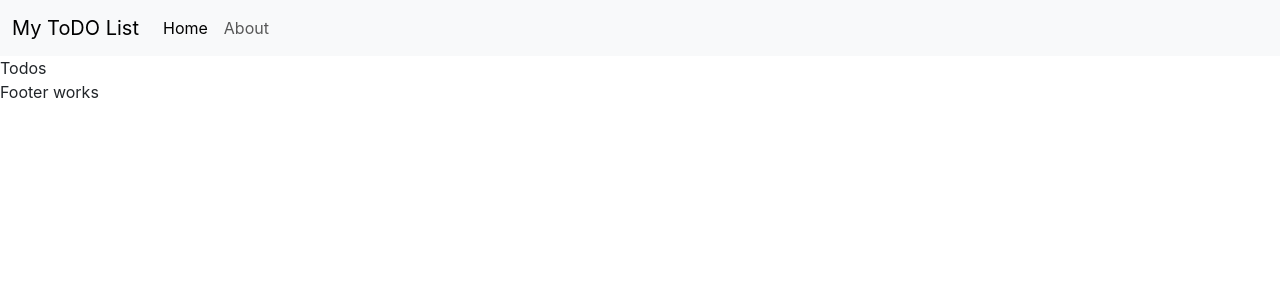
Repository: AshwinUgale/ToDoList
Page: /
These files come from the project's save history. The page is drawn as it stood at one moment and after the next save; the edit follows.
The browser window is 1280 px wide. The pictures show the whole page.
The project was rebuilt for these pictures with package versions that can differ from the ones it lists, and the page was loaded fresh each time. Also part of the build but not shown: src/App.css.

Above is the page before, as saved 2024-12-20 21:36:12.

After the next save:
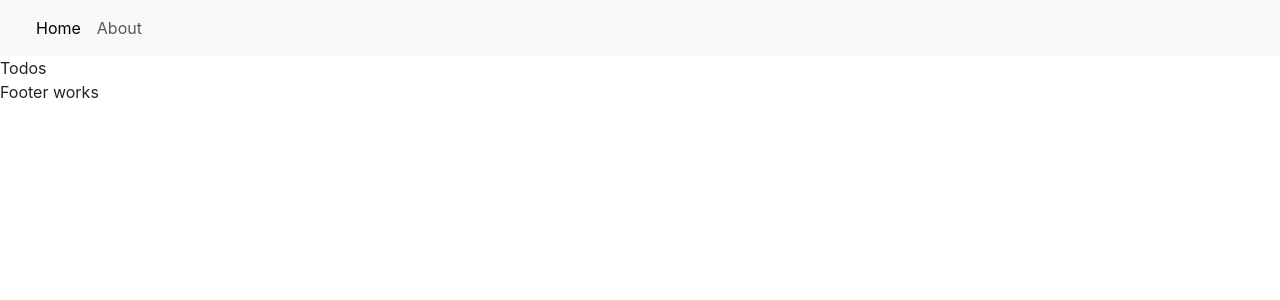
Saved 13 s later.
--- a/src/App.js
+++ b/src/App.js
@@ -7,7 +7,7 @@
 function App() {
   return (
     <>
-    <Header title="My ToDO List" SearchBar={false}/>
+    <Header  SearchBar={false}/>
     <Todos/>
     <Footer/>
     </>

After the 2 saves that followed:
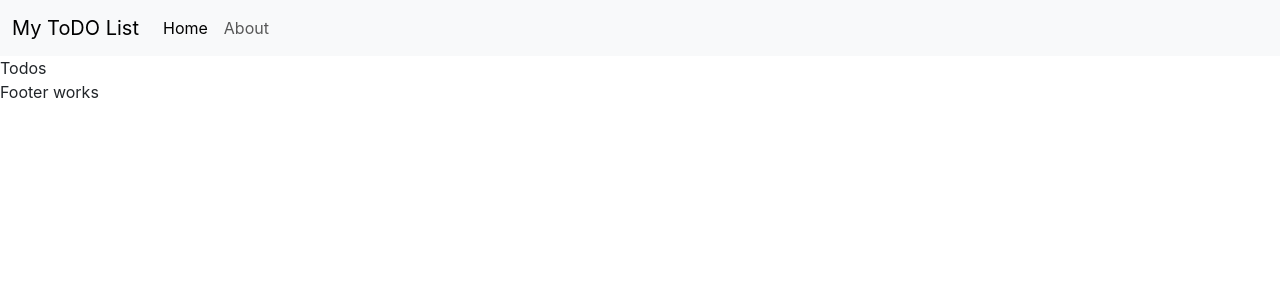
The 2 saves are shown as one change because 1 left the picture as it was.
The last was saved 6 min 14 s later.
--- a/src/App.js
+++ b/src/App.js
@@ -7,7 +7,7 @@
 function App() {
   return (
     <>
-    <Header  SearchBar={false}/>
+    <Header title="My ToDO List" SearchBar={false}/>
     <Todos/>
     <Footer/>
     </>
